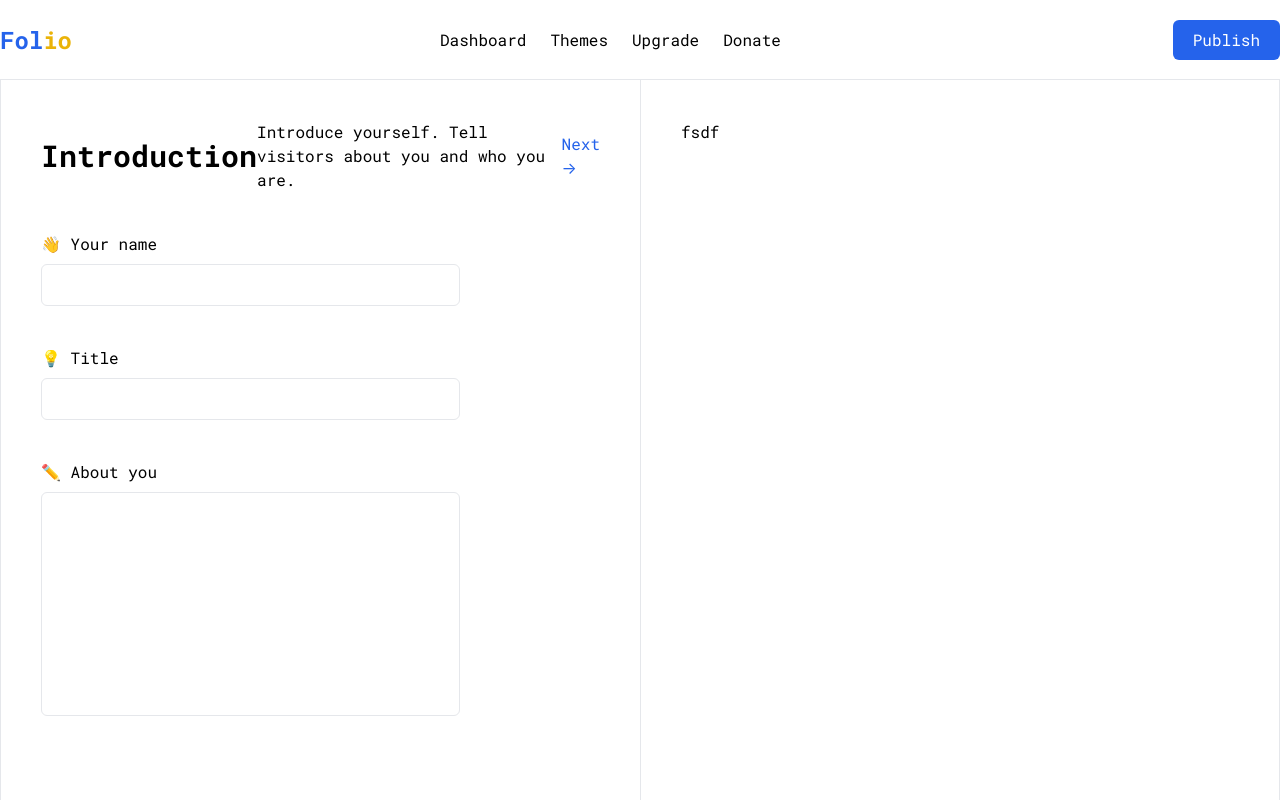
Repository: langford-dev/follio
Page: /
These files come from the project's save history. The page is drawn as it stood at one moment and after the next save; the edit follows.
The browser window is 1280 px wide. The pictures show the whole page.
The project was rebuilt for these pictures with package versions that can differ from the ones it lists, and the page was loaded fresh each time. The framework's server and built-in components were replaced by stand-ins that run in the browser. Also part of the build but not shown: next.config.js.

Above is the page before, as saved 2022-03-19 11:09:55.

After the next save:
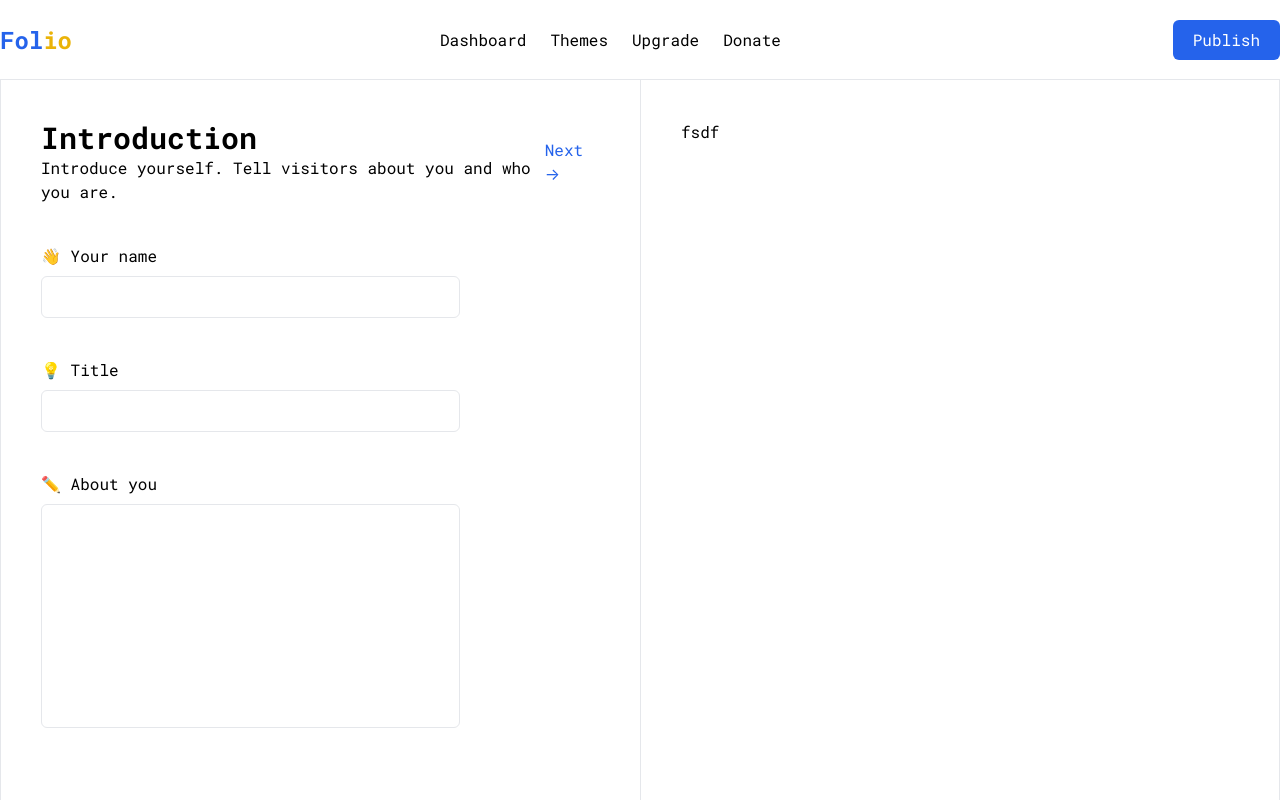
Saved 7 s later.
--- a/components/body.js
+++ b/components/body.js
@@ -21,8 +21,10 @@ const EditView = () => {
         <div className={styles.flexView}>
             <div className={styles.editingView}>
                 <div className={styles.pageTitleView}>
-                    <p className={styles.title}>Introduction</p>
-                    <p>Introduce yourself. Tell visitors about you and who you are.</p>
+                    <div>
+                        <p className={styles.title}>Introduction</p>
+                        <p>Introduce yourself. Tell visitors about you and who you are.</p>
+                    </div>
                     <p className={styles.textButton}>Next &rarr;</p>
                 </div>
                 <div className={styles.inputContainer}>
